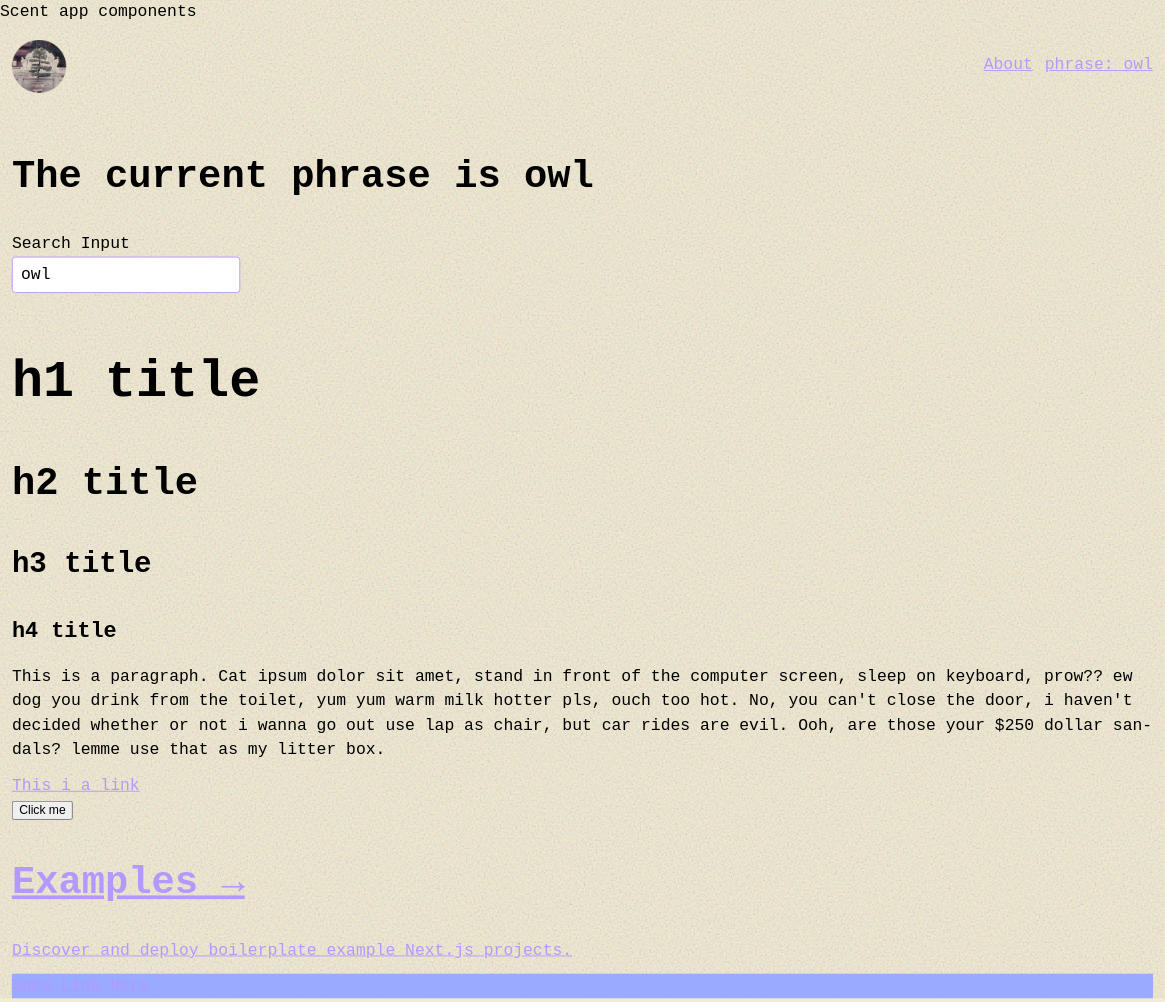
Repository: magiai/scent-app
Page: /
The author's editor kept a copy of each file at every save. The page is drawn from the files as they stood at one save, then again after the next save.
The browser window is 1280 px wide. The pictures show the whole page, at 91% of full size.
The project was rebuilt for these pictures with package versions that can differ from the ones it lists, and the page was loaded fresh each time. The framework's server and built-in components were replaced by stand-ins that run in the browser.

Above is the page before, as saved 2022-11-21 19:28:39.

### pages/_app.tsx

import { Provider } from 'react-redux';
import type { AppProps } from 'next/app';
import { store } from '../app/store';
import '../styles/variables.css';
import '../styles/global.css';

function MyApp({ Component, pageProps
}: AppProps) {
    return (
        <Provider store={store}>
            <Component {...pageProps} />
        </Provider>
    )
}

export default MyApp

### pages/_document.js
import { Html, Head, Main, NextScript } from "next/document";

export default function Document() {
    return (
        <Html lang="en">
        <Head>
            <meta charset="utf-8" />
            <meta httpEquiv="X-UA-Compatible" content="IE=edge" />
            <meta name=" theme-color" content="#fff" />
            <meta name="viewport" content="width=device-width, initial-scale=1" />
            <meta name="robots" content="noindex, nofollow" />

            <title key="title">Scent app components</title>
            <link rel="icon" href="/favicon.ico"></link>
            <meta name="description" content="Application description"></meta>

            <noscript>Scent app components</noscript>
        </Head>
        <body>
            <svg
                class="svg__background"
                width='100%'
                height='100%'
                viewBox='0 0 100 100' xmlns='http://www.w3.org/2000/svg'>
                <filter id='noiseFilter' x="-75%" y="-100%" width="250%" height="300%">
                    <feTurbulence
                                type='fractalNoise'
                                baseFrequency='5'
                                numOctaves='10'
                                seed="10"
                                stitchTiles='stitch'/>
                </filter>

                <rect width='100%' height='100%' filter='url(#noiseFilter)'/>
            </svg>
            <Main />
            <NextScript />
        </body>
    </Html>
    )
}

### pages/index.tsx
import Head from 'next/head';
import Layout from '../components/Layout';
import SearchEngine from '../components/search/searchEngine';

export default function Home() {
  return (
    <Layout>
      <Head>
        <title key="title">Home</title>
      </Head>

      <SearchEngine />
      <main>
        <h1>h1 title</h1>
        <h2>h2 title</h2>
        <h3>h3 title</h3>
        <h4>h4 title</h4>

        <p>
            This is a paragraph. Cat ipsum dolor sit amet, stand in front of the computer screen, sleep on keyboard, prow?? ew dog you drink from the toilet, yum yum warm milk hotter pls, ouch too hot. No, you can't close the door, i haven't decided whether or not i wanna go out use lap as chair, but car rides are evil. Ooh, are those your $250 dollar sandals? lemme use that as my litter box.
        </p>

        <a href='/'>This i a link</a>
        <br />
        <button>Click me</button>
        <br />

        <div className="grid">
          <a
            href="https://github.com/vercel/next.js/tree/master/examples"
            className="card"
          >
            <h2>Examples &rarr;</h2>
            <p>Discover and deploy boilerplate example Next.js projects.</p>
          </a>

        </div>
      </main>

    </Layout>
  )
}

### app/store.ts
import searchEngineReducer from '../components/search/searchSlice';

import {
    Action,
    configureStore,
    ThunkAction,
  } from '@reduxjs/toolkit';

  export const store = configureStore({
    reducer: {
        searchEngine: searchEngineReducer,
    },
  });

  export type AppDispatch = typeof store.dispatch;
  export type RootState = ReturnType<typeof store.getState>;
  export type AppThunk<ReturnType = void> = ThunkAction<
     ReturnType,
     RootState,
     unknown,
     Action<string>
   >;

### styles/variables.css
:root {
    --font-family--base: 'Courier New', Courier, monospace;;
    --color--white: white;
    --color--black: black;
    --color--transparent: rgba(0, 0, 0, 0);

    --hue--base: 255;
    --saturation--base: 100%;
    --lightness--base: 80%;
    --opacity--base: 1;
    --color--lighten: 5%;
    --color--darken: 10%;
    --color--primary: hsla(var(--hue--base), var(--saturation--base), var(--lightness--base), var(--opacity--base));
    --color--primary--active: hsla(var(--hue--base),
                                    var(--saturation--base),
                                    calc(var(--lightness--base) + var(--color--lighten)),
                                    var(--opacity--base));

    --hue--secondary: 46;
    --saturation--secondary: 61%;
    --lightness--secondary: 89%;
    --color--secondary: hsla(var(--hue--secondary), var(--saturation--secondary), var(--lightness--secondary), var(--opacity--base));
    --color--secondary--active: hsla(var(--hue--secondary),
                                var(--saturation--secondary),
                                calc(var(--lightness--secondary) + var(--color--lighten)),
                                var(--opacity--base));

    --hue--error: 360;
    --hue--success: 130;
    --hue--information: 230;
    --color--disabled: hsla(var(--hue--information), 0, calc(var(--lightness--base) - var(--color--darken)), var(--opacity--base));
    --color--information: hsla(var(--hue--information), var(--saturation--base), var(--lightness--base), var(--opacity--base));
    --color--success: hsla(var(--hue--success), var(--saturation--base), var(--lightness--base), var(--opacity--base));
    --color--error: hsla(var(--hue--error), var(--saturation--base), var(--lightness--base), var(--opacity--base));

    --background-color: var(--color--secondary);

    --spacing__ratio: 1.414;
    --spacing__ratio--desktop: 1.618;
    --space--base: 0.5rem;
    --space--xs: var(--space--base);
    --space--s: calc(var(--space--xs) * var(--spacing__ratio));
    --space--m: calc(var(--space--s) * var(--spacing__ratio));
    --space--l: calc(var(--space--m) * var(--spacing__ratio));
    --space--xl: calc(var(--space--l) * var(--spacing__ratio));

    --font-size__ratio: 1.20;
    --font-size__ratio--desktop: 1.333;
    --font-size--base: 1.8rem;
    --font-size--h4: calc(var(--font-size--base) * var(--font-size__ratio));
    --font-size--h3: calc(var(--font-size--h4) * var(--font-size__ratio));
    --font-size--h2: calc(var(--font-size--h3) * var(--font-size__ratio));
    --font-size--h1: calc(var(--font-size--h2) * var(--font-size__ratio));

    --input__height: 4rem;
    --input__border__width: 0.1rem;
    --input__border__style: solid;
    --input__border__color: var(--color--primary);
    --input__border: var(--input__border__width) var(--input__border__style) var(--input__border__color);
    --form-control__color: var(--color--secondary);
    --select__height: 3.4rem;
    --select--focus__color: var(--color--primary);
    --select__arrow__color: var(--input__border__color);
}

@media only screen and (min-width: 768px) {
    :root {
        --font-size__ratio: var(--font-size__ratio--desktop);
        --spacing__ratio: var(--spacing__ratio--desktop);
    }
}

### styles/global.css
html {
    font-size: 62.5%;
}

*,
*:before,
*:after {
    box-sizing: border-box;
}

body {
    margin: 0;
    color: var(--color--black);
    background-color: var(--background-color);
    font-family: var(--font-family--base);
    font-size: var(--font-size--base);
    line-height: 1.5;
    position: relative;
}

.svg__background {
	position: absolute;
	top: 0;
	left: 0;
	opacity: 0.4;
    z-index: -1;
}

p,
li,
h1, h2, h3, h4, h5 {
  overflow-wrap: break-word;
  hyphens: auto;
  margin-bottom: 0.65em;
}

h1 {
    font-size: var(--font-size--h1);
}

h2 {
    font-size: var(--font-size--h2);
}

h3 {
    font-size: var(--font-size--h3);
}

h4 {
    font-size: var(--font-size--h4);
}

h5 {
    font-size: var(--font-size--h5);
}

a {
    color: var(--color--primary);
    padding-top: var(--space--s);
    padding-bottom: var(--space--s);
}

a:hover, a:active, a:focus {
    color: var(--color--primary--active);
}

### components/Layout.tsx
import React from 'react';
import Footer from './Footer';
import Header from './Header';
import styles from './layout.module.css'

export default function Layout({
  children,
  home
}: {
  children: React.ReactNode
  home?: boolean
}) {
    return (
        <div className = {styles.container}>
            <Header/>
            {children}
            <Footer/>
        </div>
    );
}

### components/search/searchEngine.tsx
import { useState } from 'react';
import {
  useAppDispatch,
  useAppSelector,
} from '../../app/hooks';
import {
  setSearchedPhrase,
  selectSearch,
} from './searchSlice';
import styles from '../form/forms.module.css';

const SearchEngine:React.FC = () => {
    const dispatch = useAppDispatch();
    const selectPhrase = useAppSelector(selectSearch);
    const [phraseValue, setSearchValue] = useState<string>('owl');

    const handleSearchValueChange = (event: any) => {
        setSearchValue(event?.target?.value);
        dispatch(setSearchedPhrase(String(phraseValue)));
    }

    return (
      <>
        <h2>
          The current phrase is { selectPhrase }
        </h2>
        <form>
            <label className = { styles.label } htmlFor="search-input">Search Input</label>
            <input
                id="search-input"
                className = { styles.input }
                type="search"
                value = { phraseValue }
                onChange = { handleSearchValueChange }
                inputMode='search'
            />
        </form>
      </>
    );
  };

  export default SearchEngine;

### components/search/searchSlice.ts
import {
    createSlice,
    PayloadAction,
  } from '@reduxjs/toolkit';
  import type { RootState } from '../../app/store';

  export type SearchEngineState = {
    value: string;
  };

  const initialState: SearchEngineState = {
    value: 'owl',
  };

  export const searchEngineSlice = createSlice({
    name: 'searchEngine',
    initialState,

    reducers: {

      setSearchedPhrase: (state, action: PayloadAction<string>) => {
        state.value = action.payload;
      },
    },
  });

  export const {
    setSearchedPhrase,
  } = searchEngineSlice.actions;

  export const selectSearch = (state: RootState) => state.searchEngine.value;

  export default searchEngineSlice.reducer;

### components/footer.js
import styles from './footer.module.css';

export default function Footer() {

    return(
        <footer className = {styles.footer}>
            <a
            href="https://vercel.com?utm_source=create-next-app&utm_medium=default-template&utm_campaign=create-next-app"
            target="_blank"
            rel="noopener noreferrer"
            >
            Some Link Here
            </a>
      </footer>
    );
}

### components/Header.tsx
import Link from 'next/link';
import Image from 'next/image';
import styles from './header.module.css';
import { useAppSelector } from '../app/hooks';
import { selectSearch } from './../components/search/searchSlice';

export default function Header() {
    const selectPhrase = useAppSelector(selectSearch);

    return (
        <header className = {styles.header}>
            <nav className = {styles.navigation}>
                <Link href="/">
                    <a>
                        <Image
                            src = "/images/logo.png"
                            height = {60}
                            width = {60}
                            alt = "Logo"
                        />
                    </a>
                </Link>
                <ul className = { styles.navigationList }>
                    <li>
                        <Link href="/about">
                            <a>About</a>
                        </Link>
                    </li>
                    <li>
                        <Link href="/about">
                            <a>phrase: {selectPhrase} </a>
                        </Link>
                    </li>
                </ul>
            </nav>
        </header>
    );
}

### components/layout.module.css
.container {
    padding-left: var(--space--m);
    padding-right: var(--space--m);
}

### app/hooks.ts
import {
    TypedUseSelectorHook,
    useDispatch,
    useSelector,
  } from 'react-redux';
  import type {
    AppDispatch,
    RootState,
  } from './store';

  export const useAppDispatch = () => useDispatch<AppDispatch>();
  export const useAppSelector: TypedUseSelectorHook<RootState> = useSelector;

### components/form/forms.module.css
.label {
    display: block;
}

.form-control {
    font-family: var(--font-family--base);
    font-size: var(--font-size--base);
    line-height: 1.1;
    display: grid;
    grid-template-columns: 1em auto;
    gap: 0.5em;
}

.input {
    font-size: max(var(--font-size--base), 1em);
    font-family: inherit;
    padding: 0.25em 0.5em;
    background-color: var(--color--white);
    border-radius: 0.4rem;
    border: var(--input__border);
    margin-bottom: 1em;
}

.input:not(textarea) {
    line-height: 1;
    height: var( --input__height);
}

textarea.input {
    resize: vertical;
}

.input[type="file"] {
    font-size: 0.9em;
    padding-top: var(--space--xs);
}

.input[readonly] {
    border-style: dotted;
    cursor: not-allowed;
    color: var(--color--disabled);
}

.input[disabled] {
    --input-border: var(--color--disabled);
    background-color: #eee;
    cursor: not-allowed;
}

.input:focus {
    --input__border__width: 0.3rem;
}

.input--radio,
.input--checkbox {
    --webkit-appearance: none;
    appearance: none;
    background-color: var(--color--white);
    margin: 0;
    font: inherit;
    color: currentColor;
    width: 1.15em;
    height: 1.15em;
    border: 0.15em solid currentColor;
    transform: translateY(-0.075em);
    display: grid;
    place-content: center;
}

.input--radio {
    border-radius: 50%;
}

.input--radio::before,
.input--checkbox::before {
    content: "";
    width: 0.65em;
    height: 0.65em;
    transform: scale(0);
    transition: 120ms transform ease-in-out;
    box-shadow: inset 1em 1em var(--form-control__color);
    background-color: CanvasText;
}

.input--radio::before {
    border-radius: 50%;
}

.input--radio:checked::before,
.input--checkbox:checked::before {
    transform: scale(1);
}

.input--checkbox:checked::before {
    transform: scale(1);
    transform-origin: bottom left;
    clip-path: polygon(14% 44%, 0 65%, 50% 100%, 100% 16%, 80% 0%, 43% 62%);
}

.input--radio:focus,
.input--checkbox:focus {
    outline: max(0.2rem, 0.15em) solid currentColor;
    outline-offset: max(0.2rem, 0.15em);
}

.input--radio:disabled,
.input--checkbox:disabled {
    --form-control__color: var(--color--disabled);
    color: var(--color--disabled);
    cursor: not-allowed;
}

.form-control + .form-control {
    margin-top: 1em;
}

.standard-select {
    appearance: none;
    background-color: rbga(0, 0, 0, 0);
    border: none;
    padding: 0 1em 0 0;
    margin: 0;
    width: 100%;
    font-family: inherit;
    font-size: inherit;
    cursor: inherit;
    line-height: inherit;
    outline: none;
    height: var( --select__height);
}

.standard-select::-ms-expand {
    display: none;
}

.select {
    width: 100%;
    min-width: 15ch;
    max-width: 30ch;
    border: 1px solid var(--select__border);
    border-radius: 0.25em;
    padding: 0.25em 0.5em;
    font-size: 1.25rem;
    cursor: pointer;
    line-height: 1.1;
    background-color: var(--color--white);
    background-image: linear-gradient(to top, #f9f9f9, var(--color--white) 33%);
    display: grid;
    grid-template-areas: "select";
    align-items: center;
    position: relative;
  }

.select::after {
    content: "";
    width: 0.8em;
    height: 0.5em;
    background-color: var(--select__arrow__color);
    clip-path: polygon(100% 0%, 0 0%, 50% 100%);
    justify-self: end;
}

.standard-select,
.select::after {
    grid-area: select;
}

select:focus + .focus {
    position: absolute;
    top: -0.1rem;
    left: -0.1rem;
    right: -0.1rem;
    bottom: -0.1rem;
    border: 0.3rem solid var(--select--focus__color);
    border-radius: inherit;
}

### components/footer.module.css
.footer {
    background-color: var(--color--information);
}

### components/header.module.css
.header {
    padding-top: var(--space--s);
    padding-bottom: var(--space--s);
}

.navigation {
    width: 100%;
    display: flex;
    flex-direction: row;
    justify-content: space-between;
    align-items: center;
}

.navigationList {
    display: flex;
}

.navigationList li {
    list-style: none;
}

.navigationList li:not(:last-of-type) {
    margin-right: var(--space--m);
}

After the next save:
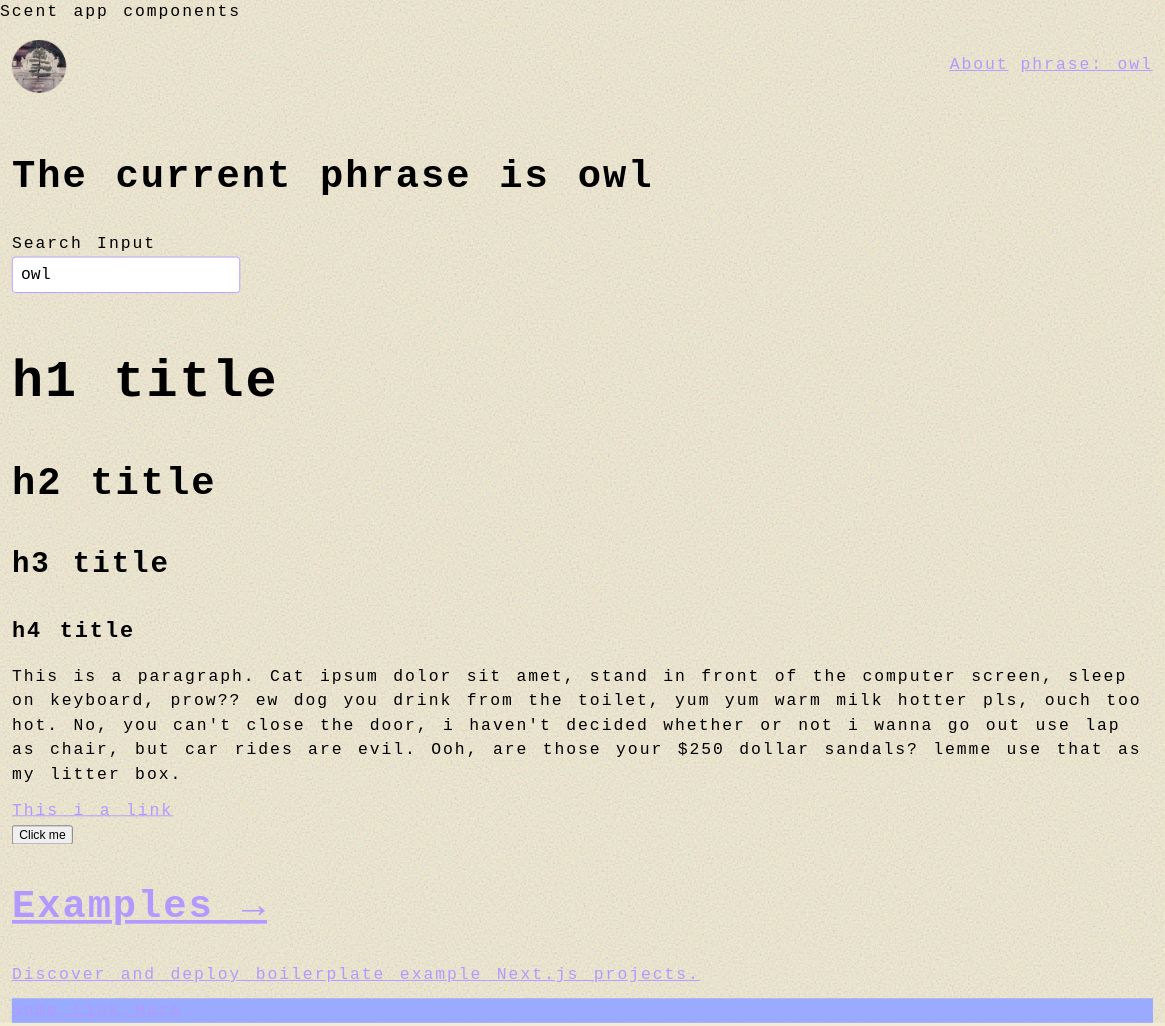
Saved 14 h 59 min later.
--- a/styles/global.css
+++ b/styles/global.css
@@ -15,6 +15,8 @@ body {
     font-family: var(--font-family--base);
     font-size: var(--font-size--base);
     line-height: 1.5;
+	letter-spacing: 0.12em;
+	word-spacing: 0.16em;
     position: relative;
 }
 
